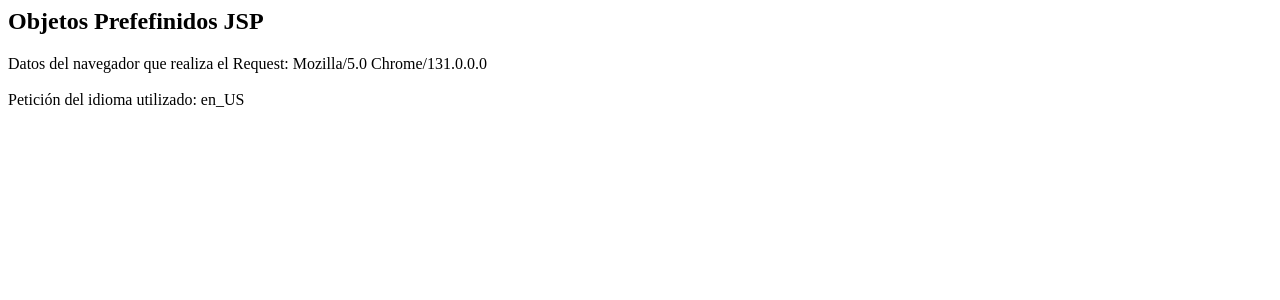
Repository: daniunizar/TrasteoBBDDJson
Page: http://localhost/jsp01/08request.jsp
These files come from the project's save history. The page is drawn as it stood at one moment and after the next save; the edit follows.
The browser window is 1280 px wide. The pictures show the whole page.
The page is served by Tomcat 9.

Above is the page before, as saved 2021-09-01 15:40:01.

After the next save:
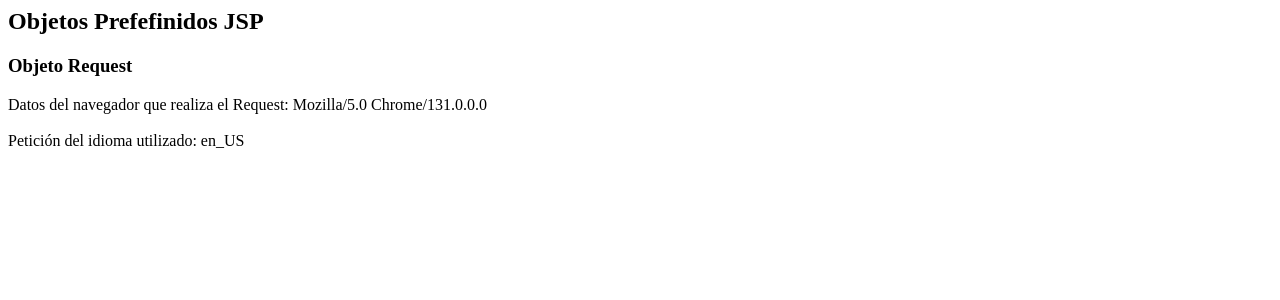
Saved 104 s later.
--- a/jsp01/src/main/webapp/08request.jsp
+++ b/jsp01/src/main/webapp/08request.jsp
@@ -1,6 +1,7 @@
 <html>
 <body>
-	<h2>Objetos Prefefinidos JSP</h2>
+<h2>Objetos Prefefinidos JSP</h2>
+<h3>Objeto Request</h3>
 Datos del navegador que realiza el Request:
 <%=request.getHeader("User-Agent") %>
 <br/><br/>
